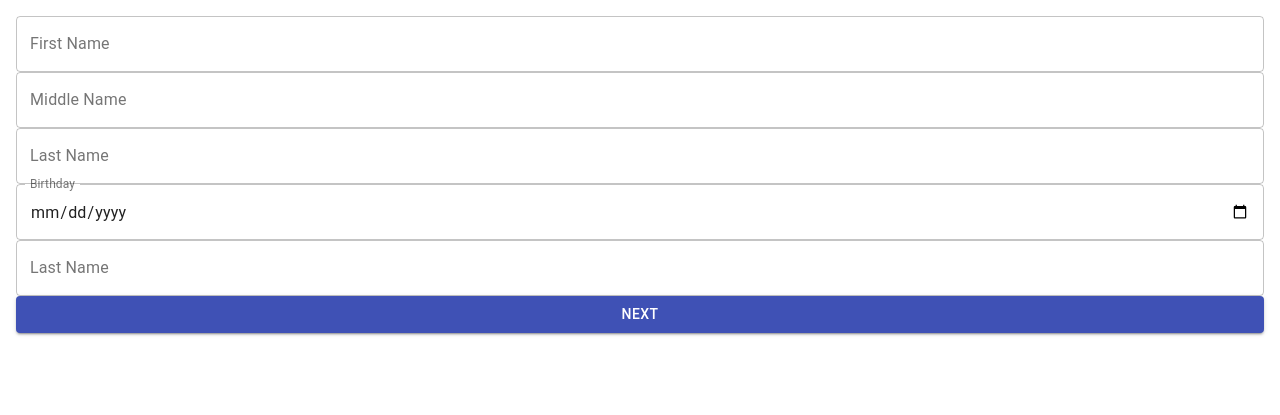
Repository: chathuraedirisingh/rr
Page: /
An editor plug-in stored every save of this project. The page is shown before and after the next save, followed by the edit.
The browser window is 1280 px wide. The pictures show the whole page.
The project was rebuilt for these pictures with package versions that can differ from the ones it lists, and the page was loaded fresh each time.

Above is the page before, as saved 2019-12-18 00:56:26.

After the next save:
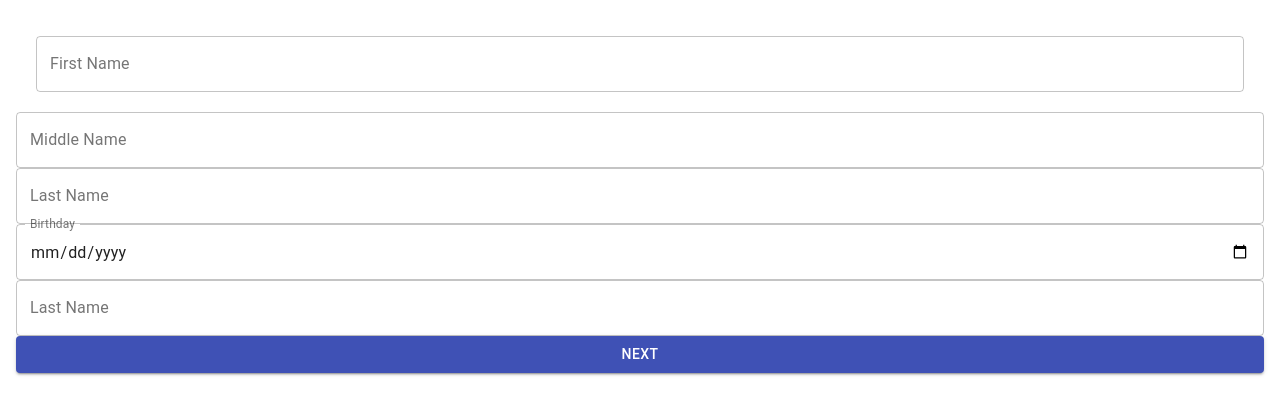
Saved 69 s later.
--- a/src/components/FormPersonalDetails.js
+++ b/src/components/FormPersonalDetails.js
@@ -1,17 +1,6 @@
 import React, { Component, Fragment, useState } from "react";
 import { Button, TextField, Container, Box } from "@material-ui/core";
 
-const styles = theme => ({
-    textField: {
-        width: '90%',
-        marginLeft: 'auto',
-        marginRight: 'auto',
-        color: 'white',
-        paddingBottom: 0,
-        marginTop: 0,
-        fontWeight: 500
-    },
-});
 
 export default class FormPersonalDetails extends Component {
     continue = e => {
@@ -30,7 +19,7 @@ export default class FormPersonalDetails extends Component {
                         p={1} m={1}
                         bgcolor="background.paper">
                         <TextField
-                            className={{margin: 20}}
+                            style={{margin: 20}}
                             label="First Name"
                             variant="outlined"
                             onChange={handleChange('firstname')}
